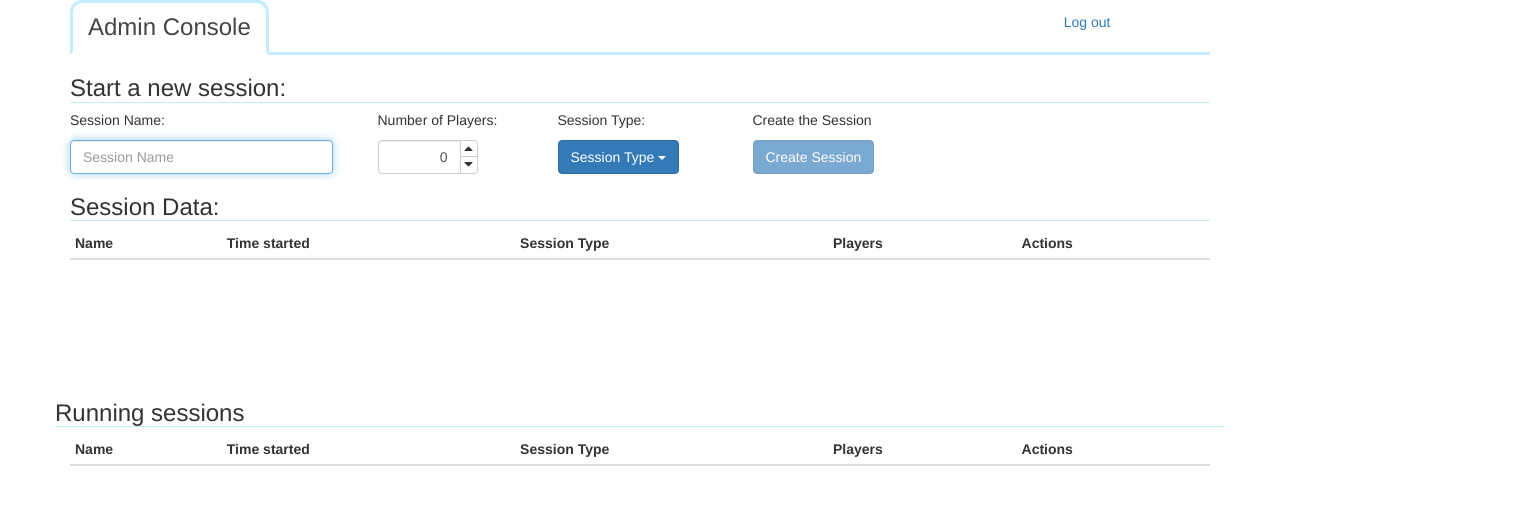
Repository: zmikaya/behavecon
Page: templates/group/controls/profile.html
The author's editor kept a record of every edit. The page is drawn from the files as they stood at one moment, then again after the next edit.
The browser window is 1280 px wide. The page is 1533 px wide, so the pictures cover 1533 px, including what lies to the right of the window. The pictures show the whole page.
Some web libraries are served in a nearby version. The template is drawn by Django 2.2. The application's start-up code is not run. The template is opened directly, without the code that normally fills it, so the values that code supplies are empty.

Above is the page before.

After the next edit:
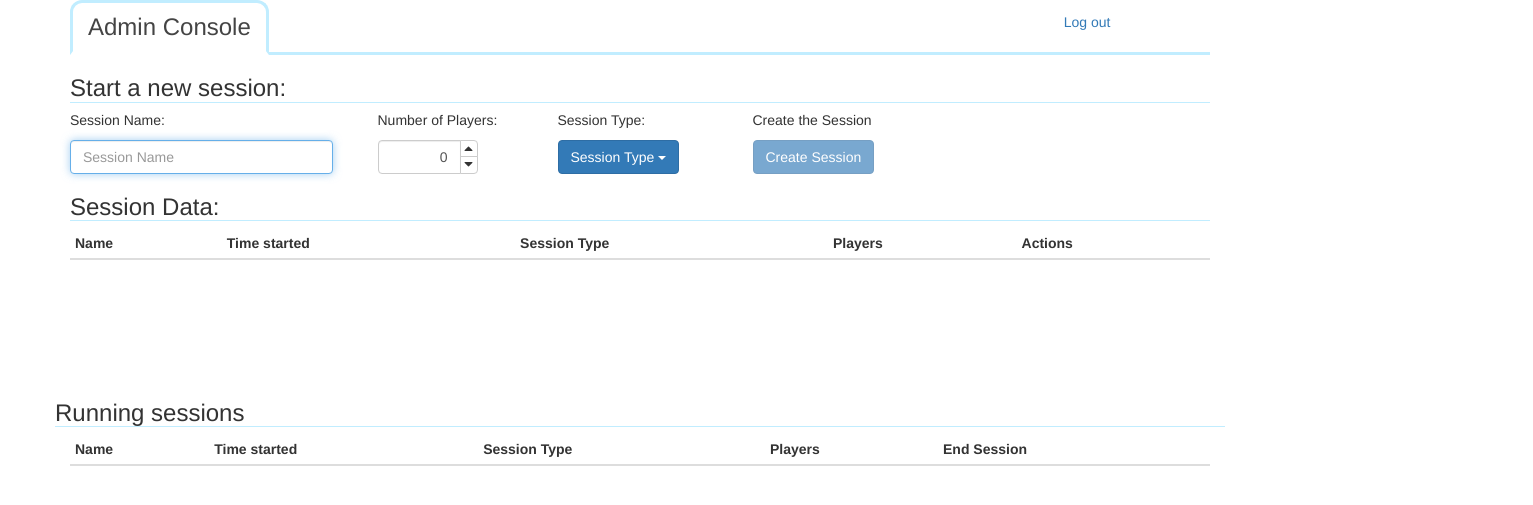
The edit:
--- a/templates/group/controls/profile.html
+++ b/templates/group/controls/profile.html
@@ -177,7 +177,7 @@
                           <th>Time started</th>
                           <th>Session Type</th>
                           <th>Players</th>
-                          <th>Actions
+                          <th>End Session
 
                               <!--<button id="id_refresh_process_list" ng-click="refresh()">-->
                               <!--    <i class="icon-refresh"></i>-->
